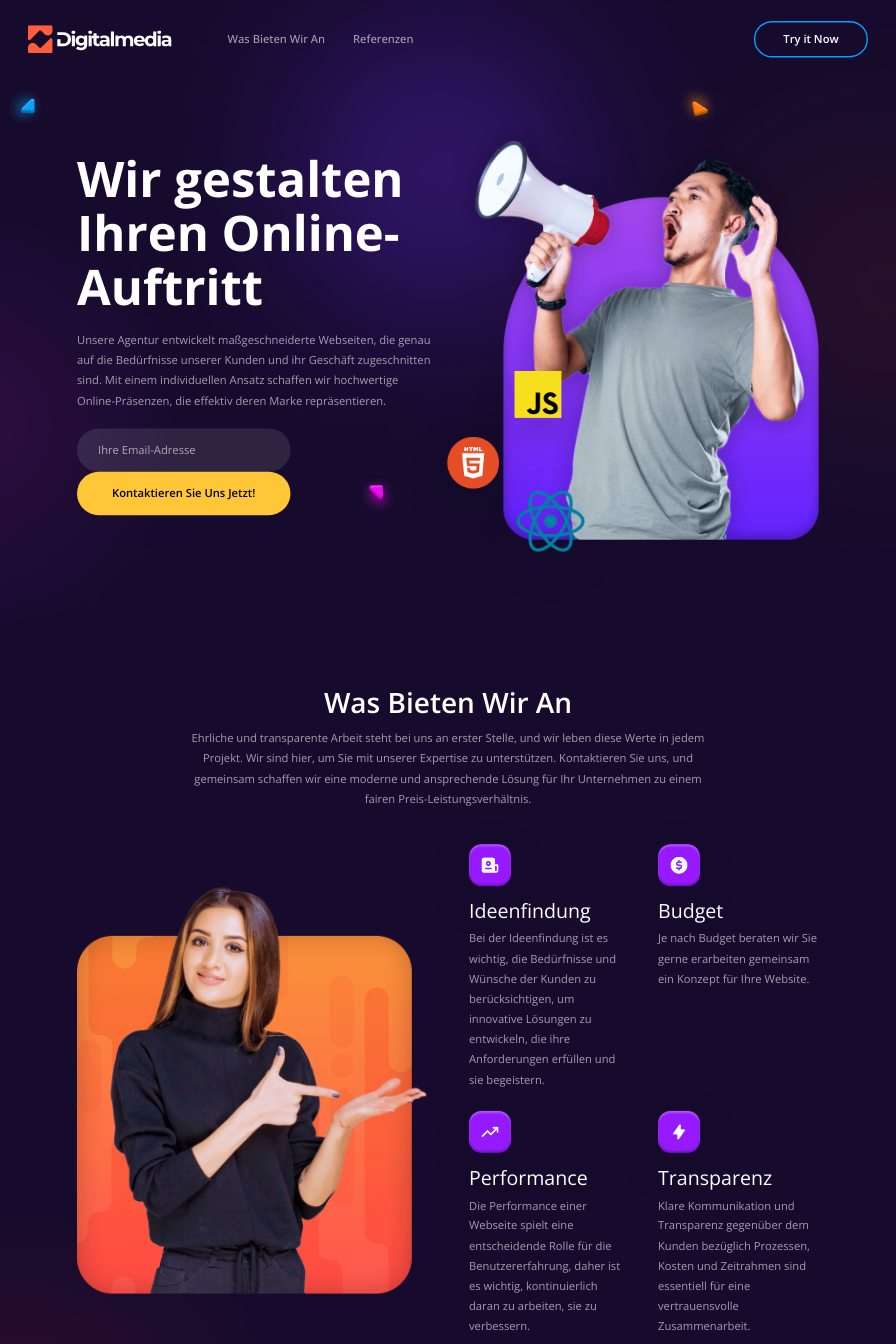
Repository: BerlinWebDev/digitalmediaportfolio
Page: http://localhost/
The author's editor kept a copy of each file at every save. The page is drawn from the files as they stood at one save, then again after the next save.
The browser window is 1280 px wide. The pictures show the part of the page from y = 0 to 1920 px (the page is 3358 px tall), at 70% of full size.
The page is served by the project's Node server (server.js).

Above is the page before, as saved 2024-06-15 00:59:18.

### public/assets/css/style.css
/*-----------------------------------*\
  #style.css
\*-----------------------------------*/

/**
 * copyright 2023 codewithsadee
 */

/*-----------------------------------*\
  #CUSTOM PROPERTY
\*-----------------------------------*/

:root {
  /**
   * COLORS
   */

  /* background color */
  --bg-dark-purple: hsla(260, 62%, 11%, 1);
  --bg-russian-violet: hsla(259, 61%, 14%, 1);
  --bg-vivid-violet: hsla(273, 100%, 55%, 1);
  --bg-sunglow: hsla(43, 100%, 61%, 1);
  --bg-blue-jeans: hsla(202, 100%, 50%, 1);
  --bg-white-alpha-10: hsla(0, 0%, 100%, 0.1);

  /* text color */
  --text-white: hsla(0, 0%, 100%, 1);
  --text-black: hsla(0, 0%, 0%, 1);
  --text-sunglow: hsla(43, 100%, 61%, 1);
  --text-white-alpha-60: hsla(0, 0%, 100%, 0.6);

  /* border color */
  --border-blue-jeans: hsla(202, 100%, 50%, 1);
  --border-white-alpha-10: hsla(0, 0%, 100%, 0.1);
  --border-white-alpha-20: hsla(0, 0%, 100%, 0.2);

  /**
   * TYPOGRAPHY
   */

  /* font family */
  --fontFamily-open-sans: "Open Sans", sans-serif;

  /* font size */
  --fontSize-1: 4rem;
  --fontSize-2: 3.2rem;
  --fontSize-3: 2.4rem;
  --fontSize-4: 2rem;
  --fontSize-5: 1.8rem;
  --fontSize-6: 1.6rem;
  --fontSize-7: 1.4rem;

  /* font weight */
  --weight-regular: 400;
  --weight-medium: 500;
  --weight-semiBold: 600;
  --weight-bold: 700;

  /**
   * SPECING
   */

  --section-spacing: 100px;

  /**
   * BOX SHADOW
   */

  --shadow-1: drop-shadow(0 20px 30px hsla(0, 0%, 0%, 0.1));
  --shadow-2: drop-shadow(0 20px 30px hsla(0, 0%, 0%, 0.2));

  /**
   * BORDER RADIUS
   */

  --radius-24: 24px;
  --radius-40: 40px;
  --radius-pill: 500px;

  /**
   * TRANSITION
   */

  --transition-1: 250ms ease;
  --transition-2: 500ms ease;
  --cubic-out: cubic-bezier(0, 1, 0.5, 1);
}

/*-----------------------------------*\
  #RESET
\*-----------------------------------*/

*,
*::before,
*::after {
  margin: 0;
  padding: 0;
  box-sizing: border-box;
}

li {
  list-style: none;
}

a,
img,
span,
button,
ion-icon {
  display: block;
}

a {
  color: inherit;
  text-decoration: none;
}

img {
  height: auto;
}

input,
button {
  background: none;
  border: none;
  font: inherit;
}

input {
  width: 100%;
  outline: none;
}

button {
  cursor: pointer;
}

ion-icon {
  pointer-events: none;
}

address {
  font-style: normal;
}

html {
  font-family: var(--fontFamily-open-sans);
  font-size: 10px;
  scroll-behavior: smooth;
}

body {
  background-color: var(--bg-dark-purple);
  color: var(--text-white-alpha-60);
  font-size: var(--fontSize-6);
  line-height: 1.8;
}

body.nav-active {
  overflow: hidden;
}

/*-----------------------------------*\
  #REUSED STYLE
\*-----------------------------------*/

.container {
  padding-inline: 16px;
}

.section {
  padding-block-end: var(--section-spacing);
}

.title {
  color: var(--text-white);
  line-height: 1.1;
}

.h1 {
  font-size: var(--fontSize-1);
}

.h2 {
  font-size: var(--fontSize-2);
  font-weight: var(--weight-semiBold);
}

.h3 {
  font-size: var(--fontSize-3);
  font-weight: var(--weight-regular);
}

.btn {
  height: 62px;
  padding-inline: 50px;
  font-weight: var(--weight-semiBold);
  border-radius: var(--radius-pill);
  color: var(--text-black);
  display: grid;
  place-content: center;
  max-width: max-content;
  transition: var(--transition-1);
}

.btn-primary {
  background-color: var(--bg-sunglow);
}

.btn-primary:is(:hover, :focus-visible) {
  background-color: var(--bg-vivid-violet);
  color: var(--text-white);
}

.w-100 {
  width: 100%;
}

.text-center {
  text-align: center;
}

.section-text {
  margin-block: 15px 50px;
}

.grid-list {
  display: grid;
  gap: 50px;
}

.img-holder {
  aspect-ratio: var(--width) / var(--height);
  background-color: var(--bg-white-alpha-10);
  overflow: hidden;
}

.img-cover {
  width: 100%;
  height: 100%;
  object-fit: cover;
  transition: var(--transition-2);
}

/*-----------------------------------*\
  #HEADER
\*-----------------------------------*/

.header .btn {
  display: none;
}

.header {
  position: absolute;
  top: 0;
  left: 0;
  width: 100%;
  padding-block: 30px;
  z-index: 4;
}

.header .container {
  display: flex;
  justify-content: space-between;
  align-items: center;
}

.header .logo img {
  width: 160px;
}

.nav-open-btn {
  color: var(--text-white);
  font-size: 3rem;
}

.nav-open-btn.active .menu-icon,
.nav-open-btn .close-icon {
  display: none;
}

.nav-open-btn .menu-icon,
.nav-open-btn.active .close-icon {
  display: block;
}

.navbar {
  position: absolute;
  top: 100%;
  right: 16px;
  background-color: var(--bg-vivid-violet);
  color: var(--text-white);
  padding: 16px 30px;
  border-radius: var(--radius-24);
  opacity: 0;
  visibility: hidden;
  transition: 500ms var(--cubic-out);
  z-index: 1;
}

.navbar.active {
  opacity: 1;
  visibility: visible;
  transform: translateY(-15px);
}

.navbar-list > li:not(:last-child) {
  margin-block-end: 5px;
}

.navbar-link {
  font-weight: var(--weight-medium);
}

.overlay {
  position: fixed;
  top: 0;
  left: 0;
  width: 100%;
  height: 100vh;
  pointer-events: none;
}

.overlay.active {
  pointer-events: all;
}

/*-----------------------------------*\
  #HERO
\*-----------------------------------*/

.hero {
  padding-block-start: 130px;
  background-image: url("../images/hero-bg.png");
  background-repeat: no-repeat;
  background-position: center;
  background-size: cover;
}

.hero .container {
  display: grid;
  gap: 30px;
}

.hero-text {
  margin-block: 25px;
}

.input-field {
  height: 62px;
  padding-inline: 30px;
  background-color: var(--bg-white-alpha-10);
  border-radius: var(--radius-pill);
  color: var(--text-white);
}

.input-field::placeholder {
  color: var(--text-white-alpha-60);
}

.input-field:focus {
  box-shadow: inset 0 0 0 1px var(--border-white-alpha-20);
}

.hero .btn {
  margin-block-start: 15px;
}

.hero-banner .w-100 {
  max-width: max-content;
}

.hero .shape {
  display: none;
}

/*-----------------------------------*\
  #PROCESS
\*-----------------------------------*/

.process-banner {
  display: none;
}

.process {
  padding-top: 30px;
  position: relative;
  z-index: 1;
}

.process::after {
  content: "";
  position: absolute;
  top: 50%;
  left: 0;
  width: 100%;
  height: 100%;
  background-image: url("../images/process-bg.png");
  background-repeat: no-repeat;
  background-position: left;
  background-size: cover;
  pointer-events: none;
  z-index: -1;
}

.process-item .item-icon {
  margin-inline: auto;
  filter: var(--shadow-1);
}

.process-item .item-title {
  margin-block: 20px 10px;
}

/*-----------------------------------*\
  #WORK
\*-----------------------------------*/
.works {
  padding-top: 113px;
}
.work-card .card-banner {
  border-radius: var(--radius-40);
  margin-block-end: 20px;
}

.work-card:is(:hover, :focus-within) .img-cover {
  transform: scale(1.1);
}

.work-card .card-title {
  margin-block-end: 12px;
  transition: var(--transition-1);
}

.work-card .card-title:is(:hover, :focus-visible) {
  color: var(--text-sunglow);
}

.works .btn {
  margin-block-start: 60px;
  margin-inline: auto;
}

/*-----------------------------------*\
  #FOOTER
\*-----------------------------------*/

.footer {
  background-color: var(--bg-russian-violet);
  color: var(--text-white);
}

.footer-top {
  padding-block-start: var(--section-spacing);
}

.footer-top .container {
  display: grid;
  gap: 50px;
}

.footer-text {
  margin-block: 15px;
}

.social-list {
  display: flex;
  align-items: center;
  gap: 20px;
  margin-block-end: 30px;
}

.social-link {
  color: var(--text-sunglow);
  font-size: 2.2rem;
}

.footer .btn {
  font-size: var(--fontSize-5);
  padding-inline: 60px;
}

.footer-list {
  display: grid;
  gap: 15px;
}

.footer-bottom {
  padding-block: 40px;
  border-block-start: 1px solid var(--border-white-alpha-10);
}

.footer-bottom .link {
  display: inline-block;
  color: var(--text-sunglow);
}

.footer-bottom-list {
  display: flex;
  justify-content: center;
  align-items: center;
  gap: 20px;
  margin-block-start: 20px;
}

/*-----------------------------------*\
  #MEDIA QUERIES
\*-----------------------------------*/

/**
 * responsive for large than 575px screen
 */

@media (min-width: 575px) {
  /**
   * REUSED STYLE
   */

  .container {
    max-width: 500px;
    width: 100%;
    margin-inline: auto;
  }

  /**
   * HEADER
   */

  .header .container {
    max-width: unset;
  }
}

/**
 * responsive for large than 768px screen
 */

@media (min-width: 768px) {
  /**
   * CUSTOM PROPERTY
   */

  :root {
    /**
     * TYPOGRAPHY
     */

    /* font-size */

    --fontSize-1: 5.5rem;
    --fontSize-2: 4rem;

    /**
     * SPACING
     */

    --section-spacing: 150px;
  }

  /**
   * REUSED STYLE
   */

  .container {
    max-width: 720px;
  }

  .section-text {
    max-width: 500px;
    margin-inline: auto;
  }

  .grid-list {
    grid-template-columns: 1fr 1fr;
  }

  .btn-secondary {
    color: var(--text-white);
    height: 52px;
    border: 2px solid var(--border-blue-jeans);
    padding-inline: 40px;
  }

  .btn-secondary:is(:hover, :focus-visible) {
    background-color: var(--bg-blue-jeans);
  }

  /**
   * HEADER
   */

  .header .btn {
    display: grid;
    margin-inline: auto 30px;
  }

  /**
   * HERO
   */

  .hero {
    padding-block: 180px;
  }

  .hero-content {
    max-width: 560px;
  }

  .hero .input-wrapper {
    display: flex;
    align-items: center;
    gap: 15px;
  }

  .hero .btn {
    margin-block-start: 0;
    min-width: max-content;
  }

  .hero-banner {
    position: relative;
    max-width: 540px;
    margin-inline: auto;
  }

  .hero .shape {
    display: block;
    position: absolute;
    filter: var(--shadow-2);
  }

  .hero .shape-1 {
    width: 13%;
    top: 350px;
    left: 80px;
  }

  .hero .shape-2 {
    width: 16%;
    top: 440px;
    left: -20px;
  }

  .hero .shape-3 {
    width: 20%;
    bottom: -20px;
    left: 80px;
  }

  /**
   * FOOTER
   */

  .footer-list {
    grid-template-columns: repeat(3, 1fr);
  }
}

/**
 * responsive for large than 992px screen
 */

@media (min-width: 992px) {
  /**
   * REUSED STYLE
   */

  .container {
    max-width: 960px;
    padding-inline: 40px;
  }

  body.nav-acitve {
    overflow: auto;
  }

  /**
   * HEADER
   */

  .nav-open-btn,
  .overlay {
    display: none;
  }

  .header .logo img {
    width: max-content;
  }

  .navbar,
  .navbar.active {
    all: unset;
    margin-inline-start: 80px;
  }

  .navbar-list {
    display: flex;
    align-items: center;
    gap: 40px;
  }

  .navbar-list > li:not(:last-child) {
    margin-block-end: 0;
  }

  .navbar-link {
    color: var(--text-white);
    transition: var(--transition-1);
  }

  .navbar-link:is(:hover, :focus-visible) {
    color: var(--text-white-alpha-60);
  }

  .header .btn {
    margin-inline-end: 0;
  }

  /**
   * HERO
   */

  .hero .container {
    grid-template-columns: 1fr 1fr;
    align-items: center;
  }

  /**
   * PROCESS
   */

  .process-banner {
    display: block;
    max-width: 540px;
    margin-inline: auto;
  }

  .process .wrapper {
    display: grid;
    grid-template-columns: 1fr 1fr;
    align-items: center;
    gap: 60px;
  }

  .process-item {
    text-align: left;
  }

  .process-item .item-icon {
    margin-inline: 0;
  }

  .process .grid-list {
    gap: 30px 40px;
  }

  /**
   * WORK
   */

  .works .grid-list {
    grid-template-columns: repeat(3, 1fr);
  }

  /**
   * FOOTER
   */

  .footer-top .container {
    grid-template-columns: 0.5fr 1fr;
  }

  .footer-bottom .container {
    display: flex;
    justify-content: space-between;
    align-items: center;
  }

  .footer-bottom-list {
    margin-block-start: 0;
    gap: 50px;
  }
}

/**
 * responsive for large than 1200px screen
 */

@media (min-width: 1200px) {
  /**
   * CUSTOM PROPERY
   */

  :root {
    /**
     * TYPOGRAPHY
     */

    /* font size */

    --fontSize-1: 7rem;
    --fontSize-3: 2.8rem;
  }

  /**
   * REUSED STYLE
   */

  .container {
    max-width: 1140px;
  }

  .section-text {
    max-width: 750px;
  }
}

/**
 * responsive for large than 1400px screen
 */

@media (min-width: 1400px) {
  /**
   * CUSTOM PROPERTY
   */

  :root {
    /**
     * TYPOGRAPHY
     */

    /* font size */

    --fontSize-1: 8rem;
  }

  /**
   * REUSED STYLE
   */

  .container {
    max-width: 1350px;
  }

  .section-text {
    margin-block-end: 60px;
  }

  /**
   * HERO
   */

  .hero-text {
    font-size: 1.8rem;
    margin-block: 40px;
  }

  /**
   * PROCESS
   */

  .process .wrapper {
    grid-template-columns: 0.7fr 1fr;
    gap: 130px;
  }

  .process-item .item-icon {
    width: 80px;
  }

  .process-item .item-title {
    margin-block: 25px 15px;
  }

  .process .grid-list {
    row-gap: 50px;
  }
}

Loaded but not shown: public/assets/images/logo.svg (16 lines, source omitted); public/assets/js/script.js (79 lines, source omitted); server.js (53 lines, source omitted); views/index.ejs (457 lines, source omitted)

After the next save:
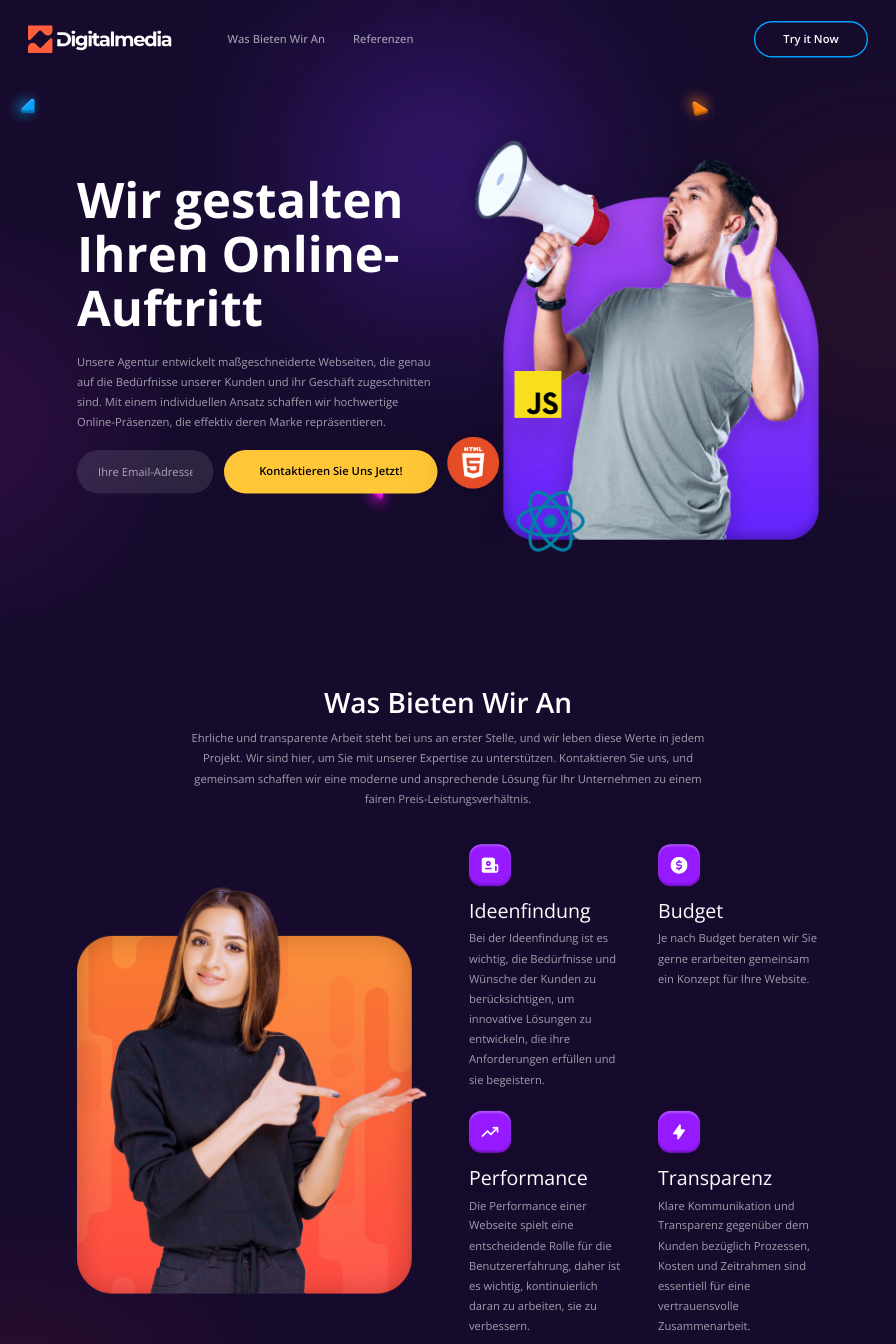
Saved 93 s later.
--- a/public/assets/css/style.css
+++ b/public/assets/css/style.css
@@ -210,6 +210,12 @@ body.nav-active {
 .btn-primary:is(:hover, :focus-visible) {
   background-color: var(--bg-vivid-violet);
   color: var(--text-white);
+}
+
+#emailForm {
+  display: flex;
+  align-items: center;
+  gap: 15px;
 }
 
 .w-100 {
